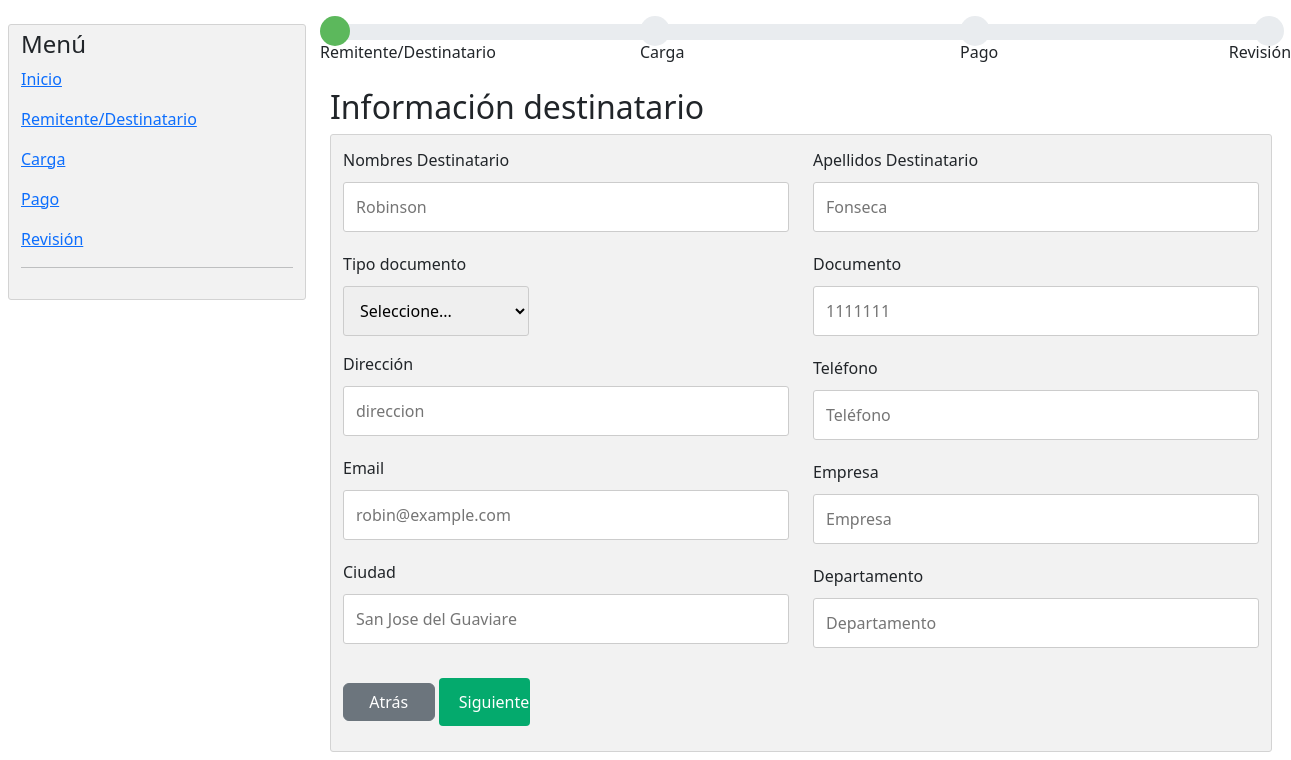
Repository: SennovaFluvial/Trasnfluvial
Page: appFluvial/templates/card1destinatario.html
The author's editor kept a copy of each file at every save. The page is drawn from the files as they stood at one save, then again after the next save.
The browser window is 1280 px wide. The page is 1291 px wide, so the pictures cover 1291 px, including what lies to the right of the window. The pictures show the whole page.
The template is drawn by Django 3.2. The application's start-up code is not run. The template is opened directly, without the code that normally fills it, so the values that code supplies are empty.

Above is the page before, as saved 2023-10-19 00:17:25.

After the next save:
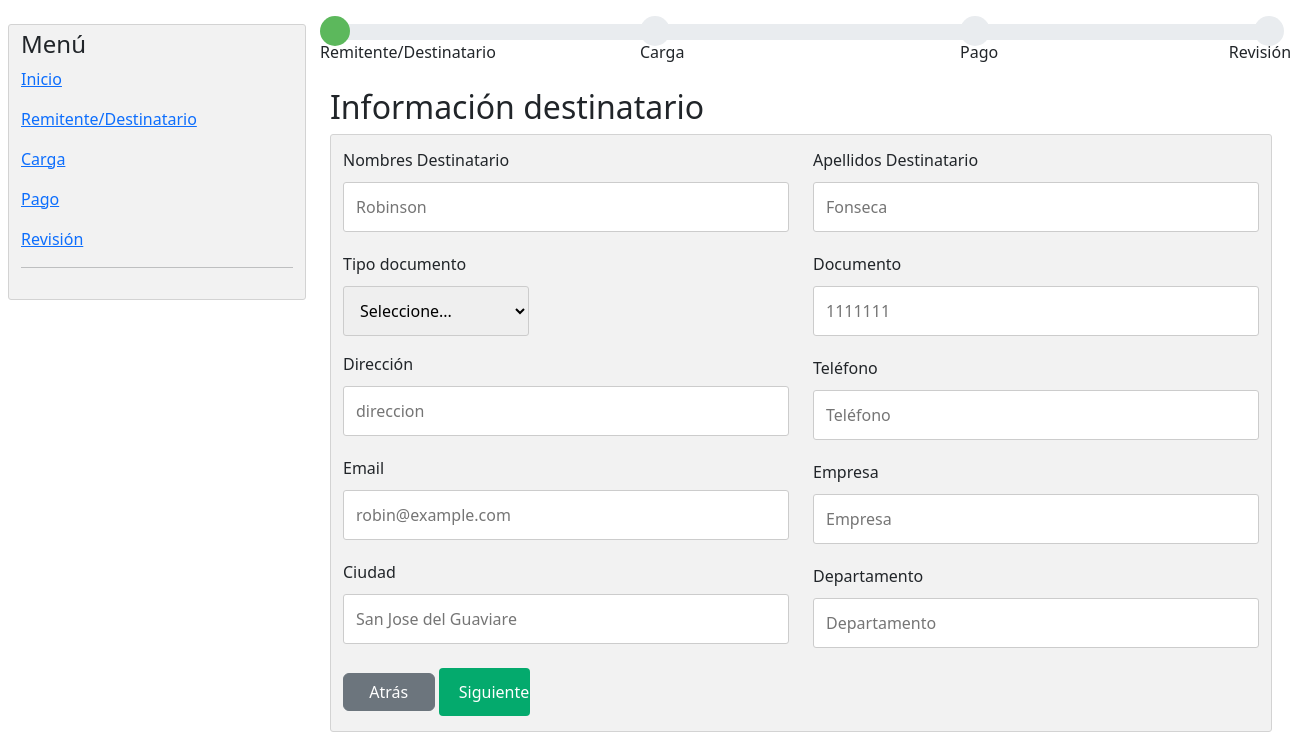
Saved 12 s later.
--- a/appFluvial/templates/card1destinatario.html
+++ b/appFluvial/templates/card1destinatario.html
@@ -86,7 +86,6 @@
   background-color: #04AA6D;
   color: white;
   padding: 12px;
-  margin: 10px 0;
   border: none;
   width: 10%;
   border-radius: 3px;

After the save that followed:
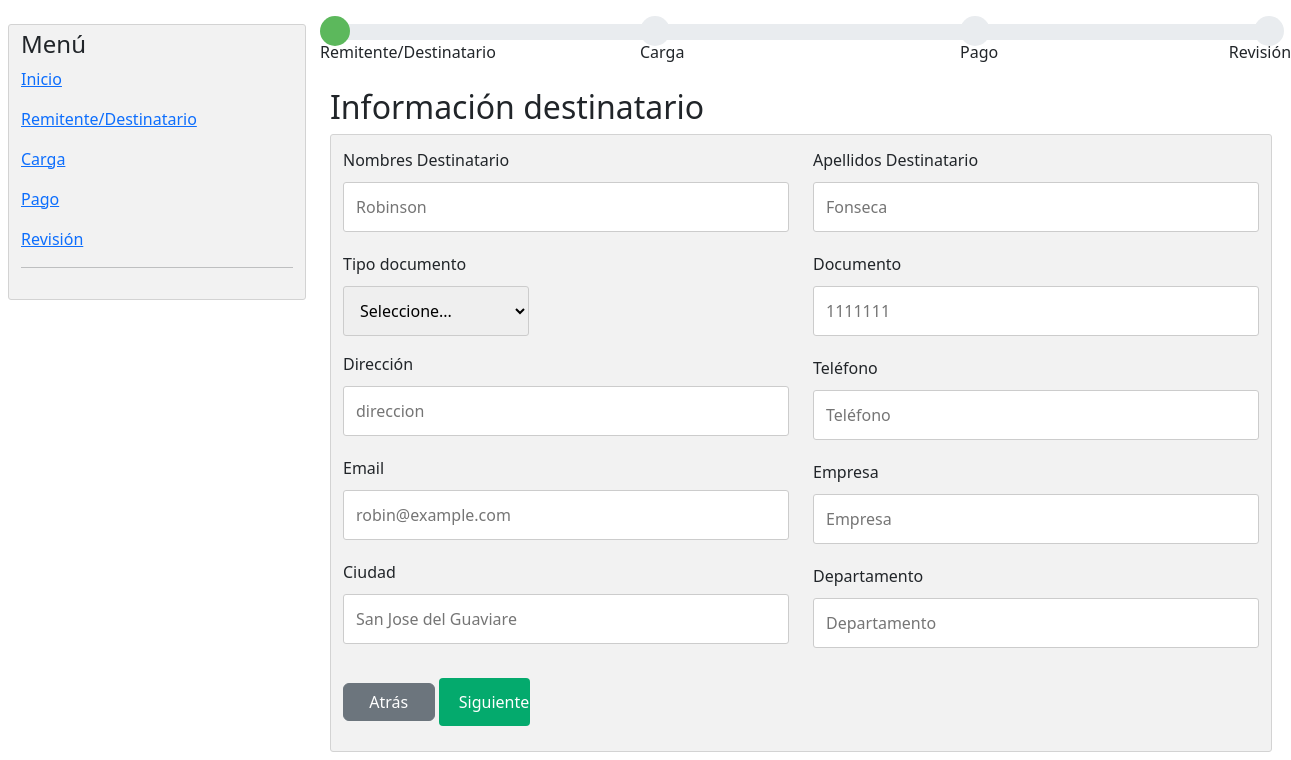
Saved 31 s later.
--- a/appFluvial/templates/card1destinatario.html
+++ b/appFluvial/templates/card1destinatario.html
@@ -86,6 +86,7 @@
   background-color: #04AA6D;
   color: white;
   padding: 12px;
+  margin: 10px 0;
   border: none;
   width: 10%;
   border-radius: 3px;
